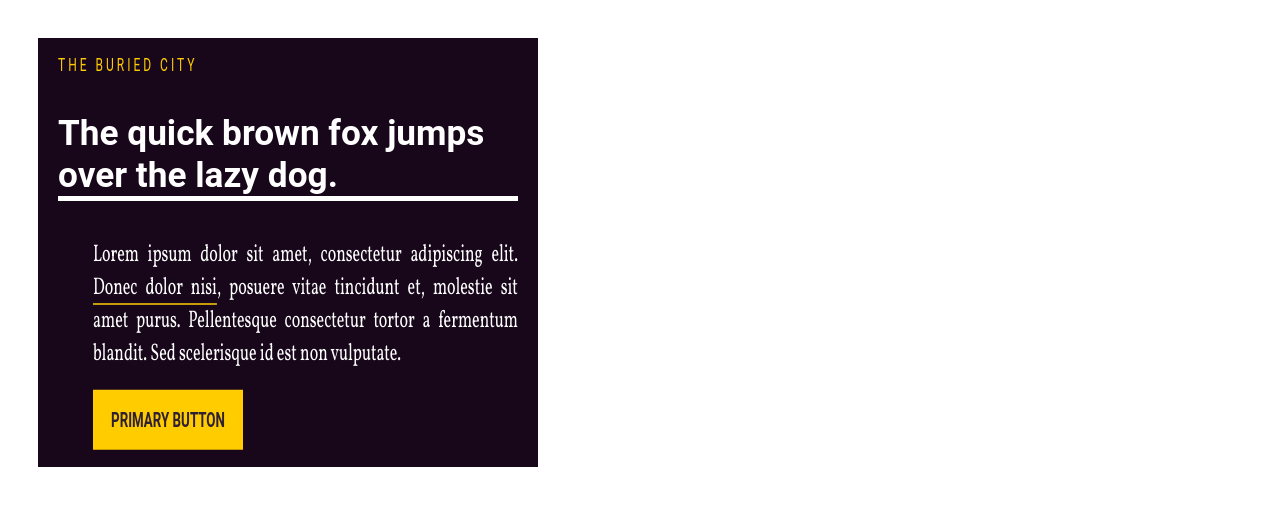
Repository: rafigabriel/TP2---Web-I
Page: ex03-css/index.html
The author's editor kept a copy of each file at every save. The page is drawn from the files as they stood at one save, then again after a run of saves.
The browser window is 1280 px wide. The pictures show the whole page.

Above is the page before, as saved 2024-09-09 18:23:54.

### ex03-css/index.html
<!DOCTYPE html>
<html lang="pt-br">
    <head>
        <meta charset="UTF-8">
        <meta name="viewport" content="width=device-width, initial-scale=1.0">
        <title>Exercicio 3</title>
        <link rel="stylesheet" href="style.css">
        <link rel="preconnect" href="https://fonts.googleapis.com">
        <link rel="preconnect" href="https://fonts.gstatic.com" crossorigin>
        <link
            href="https://fonts.googleapis.com/css2?family=Roboto+Condensed:ital,wght@0,100..900;1,100..900&display=swap"
            rel="stylesheet">
        <link rel="preconnect" href="https://fonts.googleapis.com">
        <link rel="preconnect" href="https://fonts.gstatic.com" crossorigin>
        <link
            href="https://fonts.googleapis.com/css2?family=Vollkorn:ital,wght@0,400..900;1,400..900&display=swap"
            rel="stylesheet">

    </head>
    <body>
        <div id="container">
            <p id="secao">The buried city</p>
            <h1>The quick brown fox jumps over the lazy dog.</h1>
            <p>Lorem ipsum dolor sit amet, consectetur adipiscing elit. <a
                    id="link"
                    href="#">Donec dolor nisi</a>, posuere vitae tincidunt et,
                molestie sit amet purus. Pellentesque consectetur tortor a
                fermentum
                blandit. Sed scelerisque id est non vulputate.</p>
            <p>
                <button>Primary button</button>
            </p>

        </div>

    </body>
</html>

### ex03-css/style.css
body{
    width: 500px;
    color: #231900;
    padding: 30px;
}

#container{
    background-color: #18071B;
    padding: 20px;
}

h1{
    font-size: 2.2em;
    font-family: "Roboto", sans-serif;
    font-style: normal;
    font-weight: 700;
    color: white;
    margin-bottom: 0;
    margin-top: 40px;
    border-bottom: 5px solid white;
}
p{
    text-align: justify;
    padding: 35px;
    padding-right: 0;
    padding-bottom: 0;
    font-family: "Vollkorn", serif;
    font-weight: 400;
    font-style: normal;
    font-size: 1em;
    color: white;
    transform: scale(1,1.5);
}

#secao{
    padding: 0;
    font-family: "Roboto", sans-serif;
    font-style: normal;
    font-weight: 400;
    font-size: 0.75em;
    color: #FFCC00;
    letter-spacing: 0.25em;
    margin-top: auto;
    text-transform: uppercase;
}

#link{
    font-family: "Vollkorn", serif;
    font-weight: 400;
    color: white;
    text-decoration: underline;
    text-decoration-color: #FFCC00;
    text-decoration-thickness:1px ;
    text-underline-offset: 6px;
}

button{
    display: block;
    background-color: #FFCC00;
    color: #2F2032;
    width: 150px;
    height: 40px;
    border: none;
    font-weight: 700;
    margin-top: 0px;
    font-family: "Roboto", sans-serif;
    text-transform: uppercase;
    text-align: center;
    margin-bottom: 0px;
}

After the next 2 saves:
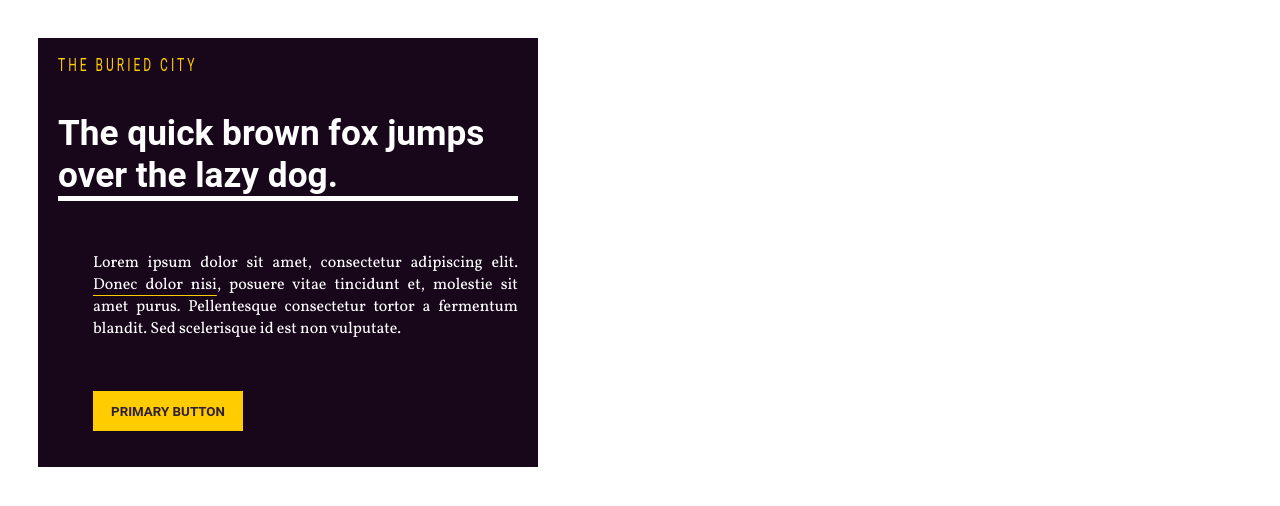
The 2 saves are shown as one change because they came seconds apart.
The last was saved 27 s later.
--- a/ex03-css/style.css
+++ b/ex03-css/style.css
@@ -29,7 +29,6 @@ p{
     font-style: normal;
     font-size: 1em;
     color: white;
-    transform: scale(1,1.5);
 }
 
 #secao{
@@ -42,6 +41,7 @@ p{
     letter-spacing: 0.25em;
     margin-top: auto;
     text-transform: uppercase;
+    transform: scale(1,1.5);
 }
 
 #link{
